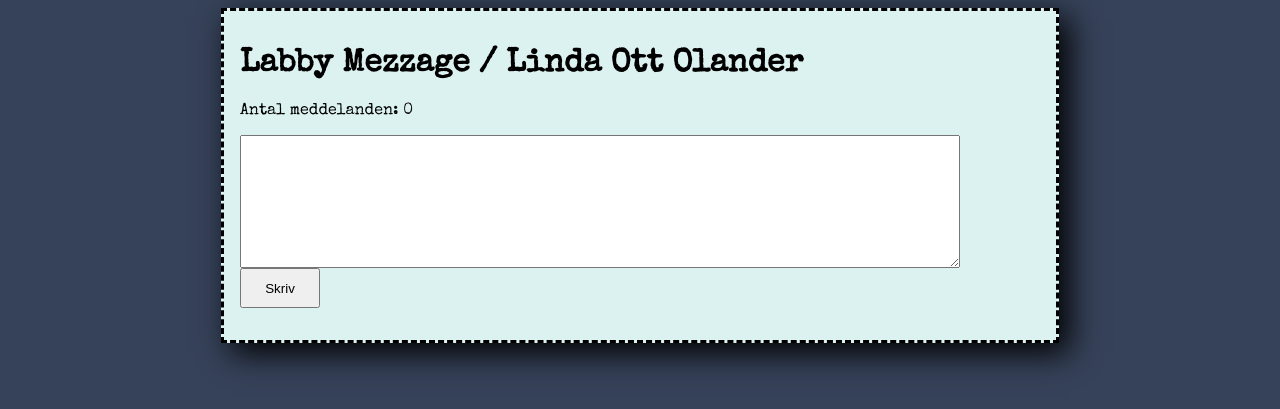
Repository: LindaOtt/1dv403-lo222hd-laborationer
Page: 2-labbymezzage/message.html
The author's editor kept a record of every edit. The page is drawn from the files as they stood at one moment, then again after the next edit.
The browser window is 1280 px wide. The pictures show the whole page.

Above is the page before.

After the next edit:
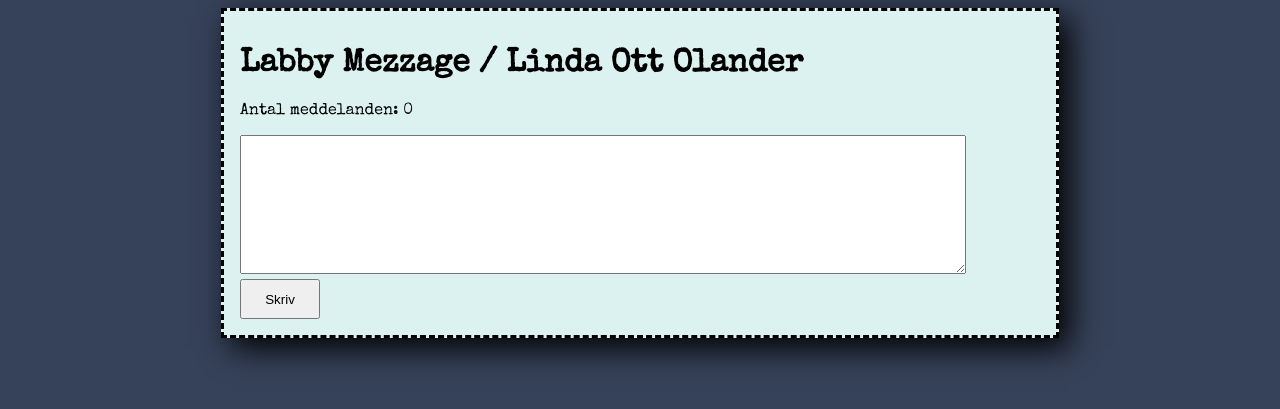
The edit:
--- a/2-labbymezzage/message.html
+++ b/2-labbymezzage/message.html
@@ -1,4 +1,5 @@
-<!doctype html lang="sv">
+<!doctype html>
+<html>
 <head>
     <meta charset="utf-8">
     <title>Labby Mezzage - Linda Ott Olander WP14</title>
